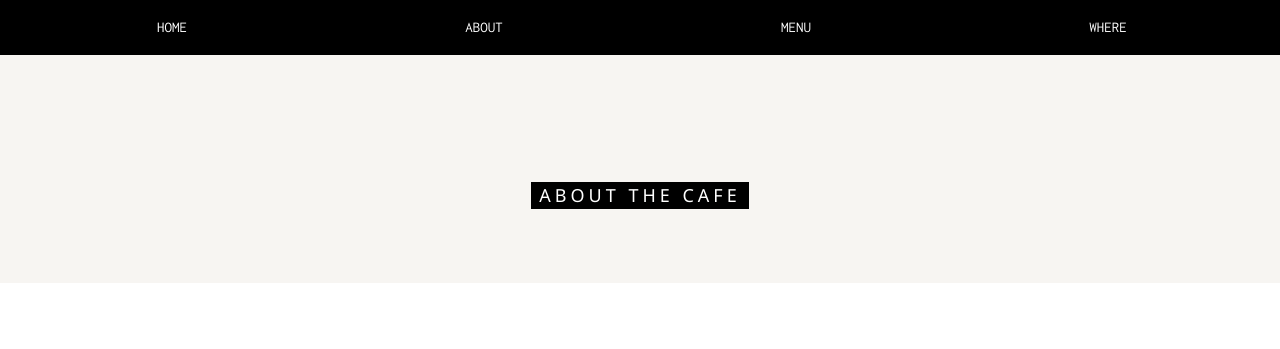
Repository: MylesTobin/is1113117401966
Page: EBusiness/cloudhome.html
The author's editor kept a record of every edit. The page is drawn from the files as they stood at one moment, then again after the next edit.
The browser window is 1280 px wide. The pictures show the whole page.

Above is the page before.

After the next edit:
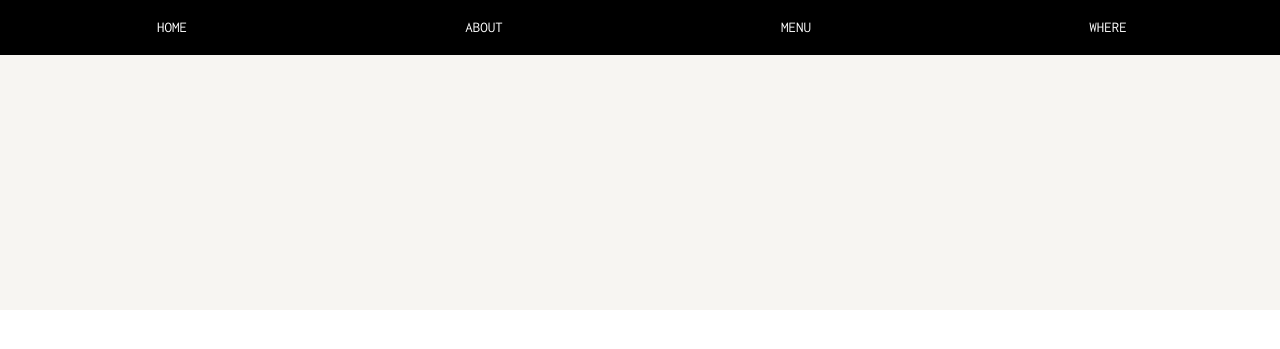
The edit:
--- a/EBusiness/cloudhome.html
+++ b/EBusiness/cloudhome.html
@@ -41,7 +41,7 @@
 <br><br><br><br>
 <div class="w3-container" id="about">
   <div class="w3-content" style="max-width:700px">
-    <h5 class="w3-center w3-padding-64"><span class="w3-tag w3-wide">ABOUT THE CAFE</span></h5>
+    <h1 class="w3-center w3-padding-64"><span class="w3-tag w3-wide"></span></h1>
 
   </div>
 </div>
